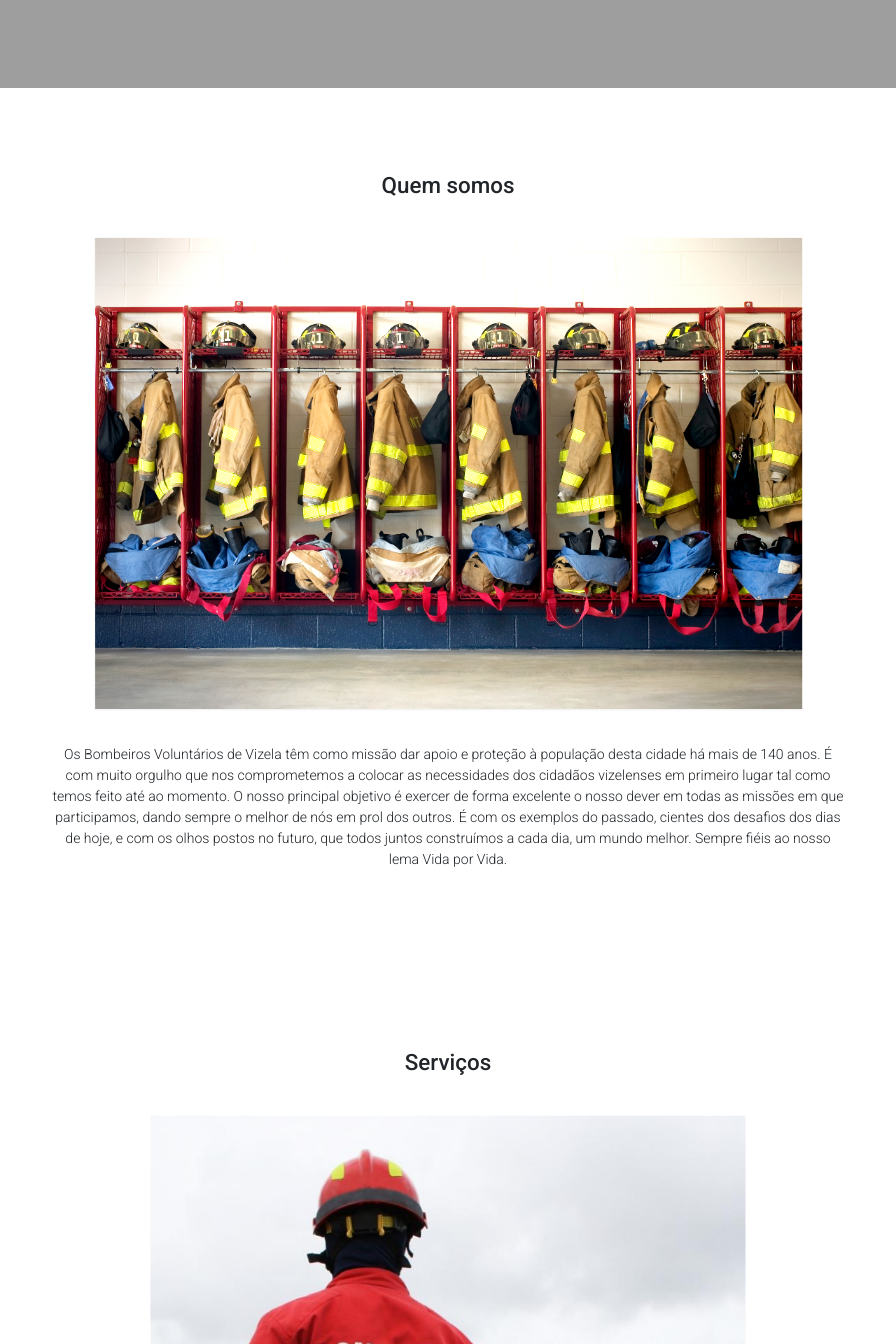
Repository: Rastafari13/D221
Page: Frontend/Frontend/startbootstrap-scrolling-nav-gh-pages/index.html
The author's editor kept a record of every edit. The page is drawn from the files as they stood at one moment, then again after the next edit.
The browser window is 1280 px wide. The pictures show the part of the page from y = 767 to 2687 px (the page is 4320 px tall before and 4306 px after), at 70% of full size.
Pictures or frames that could not be fetched are drawn as grey boxes.

Above is the page before.
Console error: TypeError: Cannot set properties of null (setting 'onclick')

### Frontend/Frontend/startbootstrap-scrolling-nav-gh-pages/index.html
<!DOCTYPE html>
<html lang="en">

<head>

  <meta charset="utf-8">
  <meta name="viewport" content="width=device-width, initial-scale=1, shrink-to-fit=no">
  <meta name="description" content="">
  <meta name="author" content="">

  <title>Secure4All</title>

  <link rel="shortcut icon" type="imagem/x-png" href="images.1/logo.png" />

  <!-- Bootstrap core CSS -->
  <link href="vendor/bootstrap/css/bootstrap.min.css" rel="stylesheet">

  <!-- Custom styles for this template -->
  <link href="css/scrolling-nav.css" rel="stylesheet">

</head>

<body id="page-top">

  <!-- Navigation -->
  <nav class="navbar navbar-expand-lg navbar-color navbar-dark fixed-top" id="mainNav">
    <div class="container">
      <div class = "img responsive">
      <img src="images.1/logo.png" alt="logo" width=42  height=45.46 href="#page-top"></img>
      </div>
      <a class="navbar-brand js-scroll-trigger" href="#page-top">SECURE4ALL</a>
      <button class="navbar-toggler" type="button" data-toggle="collapse" data-target="#navbarResponsive" aria-controls="navbarResponsive" aria-expanded="false" aria-label="Toggle navigation">
        <span class="navbar-toggler-icon"></span>
      </button>
      <div class="collapse navbar-collapse" id="navbarResponsive">
        <ul class="navbar-nav ml-auto">
          <li class="nav-item">
            <a class="nav-link js-scroll-trigger" href="#about">Quem somos</a>
          </li>
          <li class="nav-item">
            <a class="nav-link js-scroll-trigger" href="#services">Serviços</a>
          </li>
          <li class="nav-item">
            <a class="nav-link js-scroll-trigger" href="#contact">Contactos</a>
          </li>
          <li class="nav-item">
            <a class="nav-link js-scroll-trigger" id ="index-voluntary">Ser Voluntário</a>
          </li>
          <li class="nav-item">
            <a class="nav-link js-scroll-trigger btn-color" type= "button" id="index-login" href="login.html"> LOGIN</a>
        </ul>
      </div>
    </div>
  </nav>
<center>
  <header class="text-white">
    <div class="container text-center">
      <a id="index-request" class= "btn btn-primary btn-x1 text-uppercase js-scroll-trigger" type="button" href="request.html">   REGISTAR PEDIDO  </a>
      <br>
      <br>
      <br>
      <br>
      <br>
      <br>
      <br>
      <br>
      <h1 class="telfone" id="telfone">253 489 100</h1>
    </div>
  </header>
  </center>

  <section id="about">
    <div class="container">
      <div class="row">
        <div style="text-align:center">
          <h2 id="titles">Quem somos</h2>
          <br>
          <br>
          <img src = "images.1/quem_somos.png" alt="some" align="center"></img>
          <br>
          <br>
          <br>
          <p class="lead">Os Bombeiros Voluntários de Vizela têm como missão dar apoio e proteção à população desta
          cidade há mais de 140 anos. É com muito orgulho que nos comprometemos a colocar as necessidades dos cidadãos
          vizelenses em primeiro lugar tal como temos feito até ao momento. O nosso principal objetivo é exercer de forma
          excelente o nosso dever em todas as missões em que participamos, dando sempre o melhor de nós em prol dos outros.
          É com os exemplos do passado, cientes dos desafios dos dias de hoje, e com os olhos postos no futuro, que todos
          juntos construímos a cada dia, um mundo melhor.
          Sempre fiéis ao nosso lema Vida por Vida.</p>
        </div>
      </div>
    </div>
  </section>

  <section id="services">
    <div class="container">
      <div class="row">
        <div class="col-lg-12 mx-auto">
          <div style="text-align:center">
          <h2 id="titles">Serviços</h2>
          <br>
          <br>
          <img src = "images.1/servicos.png" alt="some"></img>
          <br>
          <br>
          <br>
          <div class="row col-sm-12">
            <div class="col-sm-1 ">
            </div>
            <div class="col-sm-4 ">
              <h2>Combate a incêndios</h2>
              <p class ="lead">
                Abrange o combate a incêndios urbanos e a incêncios florestais dentro de toda a zona da cidade.
            </div>
            <div class="col-sm-2 ">
              <img src="images.1/barra.png">
            </div>
            <div class="col-sm-4 ">
              <h2 >Serviços não urgentes</h2>
              <p class ="lead">
                Encontram-se à disposição vários serviços tais como: transporte de doentes não urgentes, queimadas, enchimento de depositos de água.</div>
            </div>

      </div>
    </div>
  </section>

  <section id="contact">
    <div class="container">
      <div class="row">
        <div class="col-lg-12 mx-auto">
          <h2 align= "center">Contactos</h2>
          <br>
          <br>
         <p><span class="image left"><img src="images.1/quartel.jpg"
         align= "right" width="551" height="655">
         <h4>BOMBEIROS VOLUNTÁRIOS DE VIZELA</h4>
         <br>
         <img src = "images.1/telemovel.png" width="30" height="30" align="left"></img>
         <br>
         <br>
         <h4 class="lead" id ="index-number">253 489 100</h4>
         <p class="lead">Secretaria: 962734859</p>
         <br>
         <img src = "images.1/morada.png" width="30" height="30" align="left"></img>
         <br>
         <br>
         <p class="lead">Avenida dos Bombeiros Voluntários, nº336</p>
         <p class="lead">4815-394 Vizela</p>
         <br>
         <img src = "images.1/mail.png" width="30" height="30" align="left"></img>
         <br>
         <br>
         <p class="lead">secretaria@bvvizela.pt</p>
         <p class="lead">comando@bvvizela.pt</p>
         <br>
         <img src = "images.1/fax.png" width="30" height="30" align="left"></img>
         <br>
         <br>
         <p class="lead">FAX: 253 489 109</p>
      </span>
      </p>
        </div>
      </div>
    </div>
  </section>



  <!-- Footer -->
  <footer class="py-5 bg-dark" id="index-footer">
    <div class="container">
      <p class="m-0 text-center text-white">Copyright &copy; Your Website 2020</p>
    </div>
    <!-- /.container -->
  </footer>

  <!-- Bootstrap core JavaScript -->
  <script src="vendor/jquery/jquery.min.js"></script>
  <script src="vendor/bootstrap/js/bootstrap.bundle.min.js"></script>

  <!-- Plugin JavaScript -->
  <script src="vendor/jquery-easing/jquery.easing.min.js"></script>

  <!-- Custom JavaScript for this theme -->
  <script src="js/scrolling-nav.js"></script>

</body>

</html>

### Frontend/Frontend/startbootstrap-scrolling-nav-gh-pages/css/scrolling-nav.css
@import url('https://fonts.googleapis.com/css?family=Roboto:300,300i,400,400i,500,500i,700,700i,900,900i');
header {
  padding: 300px 0px;
  text-align: center;
  color: white;
  background-image: url(https://pplware.sapo.pt/wp-content/uploads/2016/07/incendio.jpg);
  background-repeat: no-repeat;
  background-attachment: scroll;
  background-position: center center;
  background-size: cover;
  font-family: Roboto;
  background-color: white !important;
  max-width: 1800px;
  min-width:1140px;
}

body {
  font-family: Roboto;
}

footer {
  font-family: Roboto;
}

section {
  padding: 120px 0;
}

#navbar2{
      justify-content: space-between;
}

#index-request {
  cursor: pointer;
  background-color: #390606;
  border-color: #390606;
  font-size: 18px;
  padding: 20px 40px;
  border-radius: 12px;
}

#index-request:focus,
#index-request:hover {
  box-shadow: 0 0 0 0;
  border-color: #590C0C;
  background-color: #590C0C;
}

.navbar {
  background-color: #390606 !important;
  height:60px;
}

a.navbar:hover,
a.navbar:focus,
button.navbar:hover,
button.navbar:focus {
  background-color: #1d2124 !important;
}

#index-footer {
  background-color: #390606 !important;
}

.lead{
  cursor:default;
}

#telfone{
  cursor:default;
}

#titles{
  cursor:default;
}

#index-number {
  font-size: 2rem;
  font-weight: bold;
}

#index-login {
  padding-left: 2rem;
  padding-right: 2rem;
  background-color: transparent;
  border: 1px solid;
  border-color: white;
  border-radius: 15px;
  text-align: center;
  padding: 0.1rem 2rem;
  margin-top: 5%;
  max-width:111.6px;
}

#index-login:hover {
  box-shadow: 0 0 0 0.1rem white;
}

#index-voluntary {
  padding-right: 3.5rem;
}

/*-------------------REQUEST---------------------*/

.get-in-touch {
  max-width: 1200px;
  margin: 50px auto;
  position: relative;
  margin-top:1%;
}

#request-title {
  padding: 0 0px;
}

.request-title {
  color: #621818 !important;
}

.get-in-touch .title {
  text-align: center;
  text-transform: uppercase;
  letter-spacing: 3px;
  font-size: 25px;
  line-height: 48px;
  color: #611818;
  background: white;
  font-weight: bold;
  margin-bottom: 0px;
}

.contact-form .form-field {
  position: relative;
  margin: 32px 0;
}

.contact-form .input-text {
  display: block;
  width: 100%;
  height: 36px;
  border-width: 0 0 2px 0;
  border-color: #611818;
  font-size: 18px;
  line-height: 26px;
  font-weight: 400;
}

.contact-form .input-text:focus,
#request-type,
#request-descrition {
  outline: none;
}

.contact-form .label {
  position: absolute;
  left: 20px;
  bottom: 11px;
  font-size: 18px;
  line-height: 26px;
  font-weight: 400;
  color: #611818;
  cursor: text;
}

.contact-form .submit-btn {
  display: inline-block;
  background-color: #611818;
  color: #EAD2D2;
  text-transform: uppercase;
  letter-spacing: 2px;
  font-size: 14px;
  padding: 7px 12px;
  border: none;
  width: 180px;
  cursor: pointer;
  border-radius: 18px;
  text-align: center;
}

#request-type {
  border-width: 0 0 2px 0;
  border-color: #611818;
  width: 100%;
  padding: 7px;
  text-align-last: center !important;
  text-align: center !important;
}

#request-noturgent {
  color: #611818;
  font-family: Roboto;
  text-align: center;
  font-size: 15.4px;
  font-weight: bold;
}

.request-distance {
  margin-bottom: 1rem;
}

#request-cancel,
#request-submit {
  background-color: #611818;
  padding: 6px 12px;
  color: white;
  border-radius: 18px;
  font-weight: normal;
  width: 150px;
  border-color: #611818;
  font-size: 13px;
  margin-bottom: 1rem;
}

#request-cancel:hover,
#request-submit:hover,
#request-cancel:focus,
#request-submit:focus {
  box-shadow: 0 0 0 0;
  border-color: #611818;
   opacity:0.8;
}

#label-descrition {
  font-size: 18px;
  line-height: 26px;
  font-weight: 400;
  color: #611818;
  cursor: text;
  margin-left: 5px;
}

#div-description{
  top:-16px;
}

#request-descrition {
  width: 100%;
  border-width: 0 0 2px 0;
  border-color: #611818;
  font-size: 18px;
  line-height: 26px;
  font-weight: 400;
  margin-top: -1.6%;
}

/*--------------------------------------LOGIN----------------------------------*/
svg:not(:root).svg-inline--fa {
    overflow: visible;
    height: 25px;
}

#div-5-login{
  min-width:500px;
  position:absolute;
}
#div-row-login{
  min-width:500px;
}
#login-body,
#login-header {
  background-color: white !important;
}

#login-header {
  margin-top: 5rem;
}

#login-title {
  font-weight: bold;
}

#login-btn {
  background-color:#390606!important;
}

#login-forgot {
  color: black;
}

#login-btn {
  border-radius: 18px;
  border-color: #390606;
  width: 150px;
  position: relative;
  margin: 0 auto;
}

#login-body {
  width: 100%;
  height: 100%;
  background: white;
  opacity: 1;
  position: absolute;
  z-index: -1;
}

#login-ps {
  border-color: black;
  border-radius: 9px;
}

#login-ps-show {
  top: 62%;
  right: 3.5%;
  display: block;
  font-weight: 400;
  background-color: white;
  font-size: 18px;
}

.inputLogin {
  height: 50px;
}

.buttonInput {
  color: #390606;
  position: absolute;
  font-size: 16px;
  opacity: 1;
  text-align: right;
  border: none;
  background: none;
  padding: 0;
}

#login-email-email {
  border-color: black;
  border-radius: 9px;
}

#login-ps:focus,
#login-email-email:focus {
  border-color: #390606;
  box-shadow: 0 0 0 0.1rem #390606;
}

#login-ps-show:focus,
#login-ps-show:hover {
  box-shadow: none;
  font-weight: 600;
  color: #390606;
}

#login-btn:focus,
#login-btn:hover {
  box-shadow: 0 0 0 0;
  border-color: #390606;
  opacity:0.8;

}

#userDropdown{
margin-right: 10px;
}

.swal2-styled.swal2-cancel:not([disabled]):hover {
  background-color: #390606;
  opacity: 0.8;
  border-line: #390606;
}

.swal2-styled.swal2-confirm:not([disabled]):hover {
   background-color: #390606;
   opacity: 0.8;
   border-line: #390606;
}

.swal2-file, .swal2-input, .swal2-textarea:not([disabled]):hover {
  border-color:#390606 !important;
  outline:none;
  box-shadow: 0 0 0 0;
}
/*----------------------------------------PASSWORD--------------------------------*/

#password-emailconf {
  background-color: #390606 !important;
  border-radius: 15px;
  font-size: 15px;
  margin-left: 38%;
  margin-top: 9%;
  border: white;
  width: 150px;
}

#password-body {
  background-color: white !important;
}

.card-header {
  background-color: white !important;
  color: black;
}

#password-text {
  text-align: center !important;
  color: black;
  font-size: 18px;
}

#password-header {
  margin-top: 10rem;
  font-size: 30px !important;
}

#password-email {
  margin-top: 3rem;
  border: black;
}

#inputEmailAddress {
  border-color: black;
  border-radius: 9px;
}

#password-emailconf:hover,
#password-emailconf:focus {
  box-shadow: 0 0 0 0;
  border-color: #390606;
  opacity:0.8;
}

#inputEmailAddress:focus {
  border-color: #390606;
  box-shadow: 0 0 0 0.1rem #390606;
}

#login-forgot:hover,
#login-forgot:focus {
  text-decoration: none;
}

/*EDITAR PALAVRA PASSE CENTRALISTA E DIRETOR*/

#password-header {
  top: 10%;
}

#login-ps-show1 {
  top: 37%;
  right: 3.5%;
  display: block;
  font-weight: 400;
  background-color: white;
  font-size: 18px;
}

#login-ps-show2 {
  top: 57%;
  right: 3.5%;
  display: block;
  font-weight: 400;
  background-color: white;
  font-size: 18px;
}

#login-ps-show1:focus,
#login-ps-show1:hover,
#login-ps-show2:focus,
#login-ps-show2:hover {
  box-shadow: none;
  font-weight: 600;
  color: #390606;
}

#login-ps1 {
  border-color: black;
  border-radius: 9px;
}

#login-ps2 {
  border-color: black;
  border-radius: 9px;
}

#login-ps1:focus,
#login-ps2:focus {
  border-color: #390606;
  box-shadow: 0 0 0 0.1rem #390606;
}

textarea[name=textarea] {
  resize: none;
}

### Frontend/Frontend/startbootstrap-scrolling-nav-gh-pages/js/scrolling-nav.js
(function($) {
  "use strict"; // Start of use strict

  // Smooth scrolling using jQuery easing
  $('a.js-scroll-trigger[href*="#"]:not([href="#"])').click(function() {
    if (location.pathname.replace(/^\//, '') == this.pathname.replace(/^\//, '') && location.hostname == this.hostname) {
      var target = $(this.hash);
      target = target.length ? target : $('[name=' + this.hash.slice(1) + ']');
      if (target.length) {
        $('html, body').animate({
          scrollTop: (target.offset().top - 38)
        }, 1000, "easeInOutExpo");
        return false;
      }
    }
  });

  // Closes responsive menu when a scroll trigger link is clicked
  $('.js-scroll-trigger').click(function() {
    $('.navbar-collapse').collapse('hide');
  });

  // Activate scrollspy to add active class to navbar items on scroll
  $('body').scrollspy({
    target: '#mainNav',
    offset: 56
  });

  let view = document.getElementById("login-ps-show");

view.onclick = viewButton;
function viewButton() {
    let view = document.getElementById("login-ps");
    if (view.type === "password") {
        view.type = "text";
        document.getElementById("login-ps").focus();
    }
    else {
        view.type = "password";
        document.getElementById("login-ps").focus();
    }
}


})(jQuery); // End of use strict

Loaded but not shown: Frontend/Frontend/startbootstrap-scrolling-nav-gh-pages/vendor/bootstrap/css/bootstrap.min.css (library); Frontend/Frontend/startbootstrap-scrolling-nav-gh-pages/vendor/jquery/jquery.min.js (library); Frontend/Frontend/startbootstrap-scrolling-nav-gh-pages/vendor/bootstrap/js/bootstrap.bundle.min.js (library); Frontend/Frontend/startbootstrap-scrolling-nav-gh-pages/vendor/jquery-easing/jquery.easing.min.js (common file)

After the next edit:
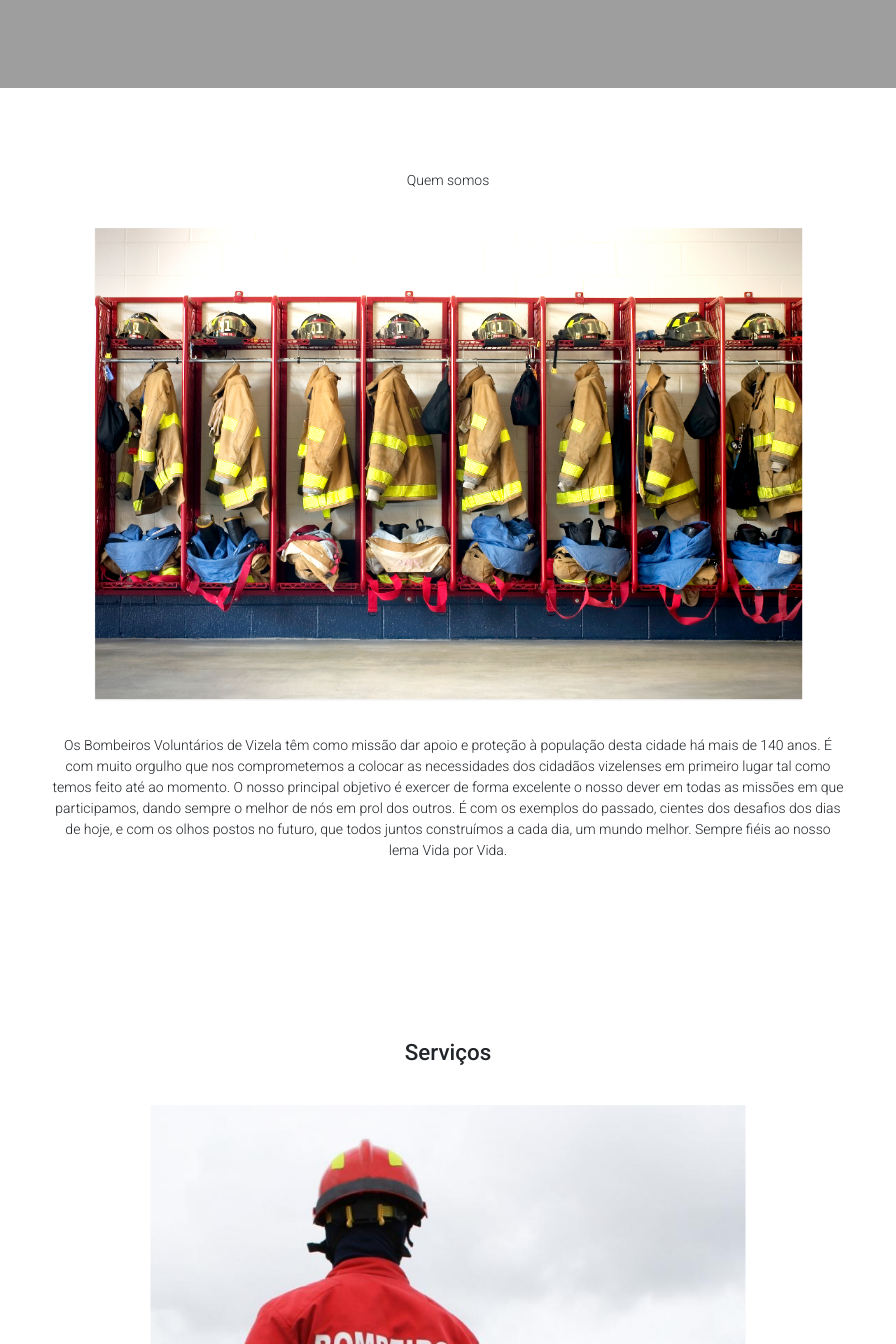
The edit:
--- a/Frontend/Frontend/startbootstrap-scrolling-nav-gh-pages/index.html
+++ b/Frontend/Frontend/startbootstrap-scrolling-nav-gh-pages/index.html
@@ -73,7 +73,7 @@
     <div class="container">
       <div class="row">
         <div style="text-align:center">
-          <h2 id="titles">Quem somos</h2>
+          <h2 class="lead">Quem somos</h2>
           <br>
           <br>
           <img src = "images.1/quem_somos.png" alt="some" align="center"></img>

After the 2 edits that followed:
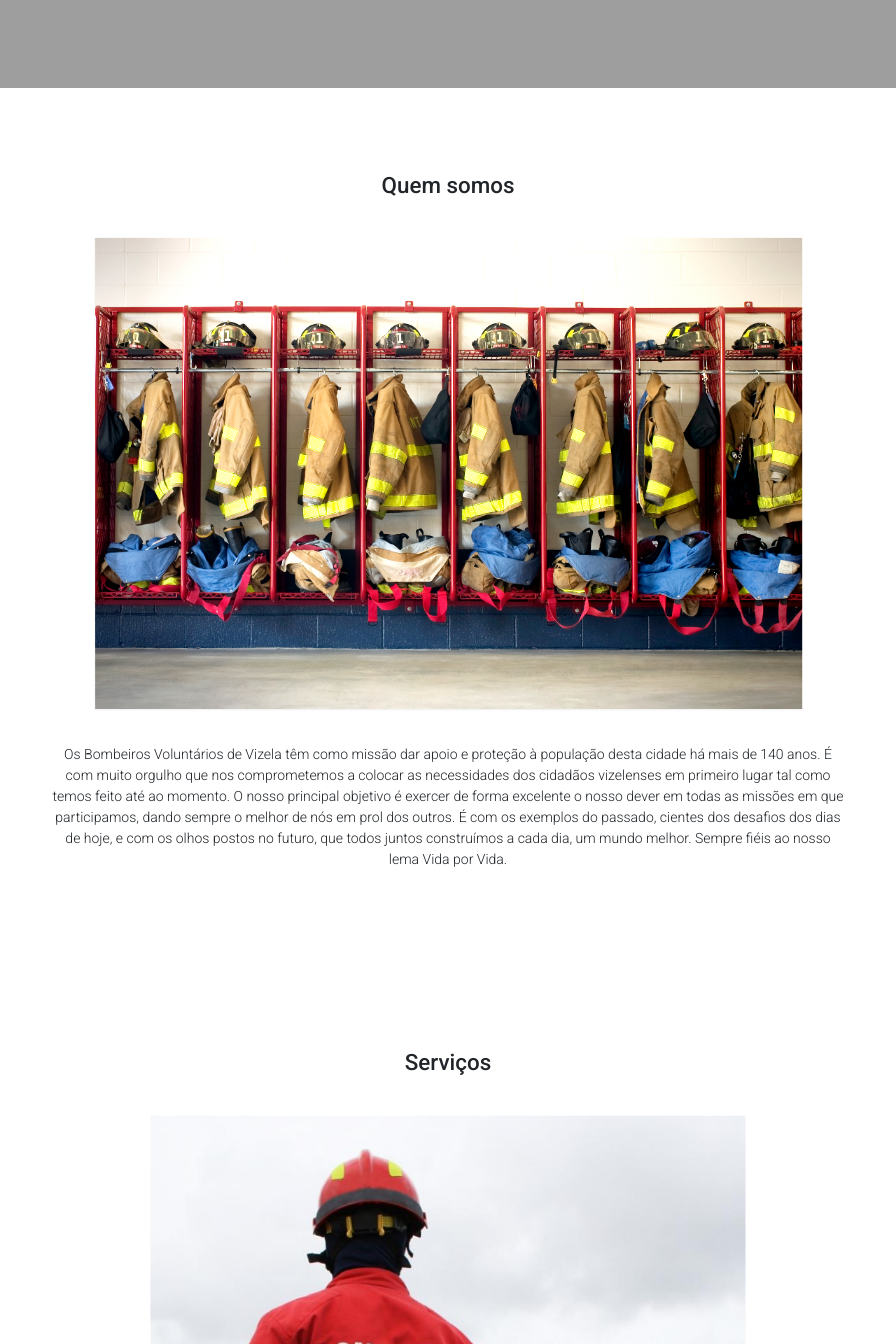
The 2 edits are shown as one change because 1 left the picture as it was.
The edit:
--- a/Frontend/Frontend/startbootstrap-scrolling-nav-gh-pages/index.html
+++ b/Frontend/Frontend/startbootstrap-scrolling-nav-gh-pages/index.html
@@ -73,7 +73,7 @@
     <div class="container">
       <div class="row">
         <div style="text-align:center">
-          <h2 class="lead">Quem somos</h2>
+          <h2 id="titles">Quem somos</h2>
           <br>
           <br>
           <img src = "images.1/quem_somos.png" alt="some" align="center"></img>
@@ -129,7 +129,7 @@
     <div class="container">
       <div class="row">
         <div class="col-lg-12 mx-auto">
-          <h2 align= "center">Contactos</h2>
+          <h2 align= "center" id="titles">Contactos</h2>
           <br>
           <br>
          <p><span class="image left"><img src="images.1/quartel.jpg"
